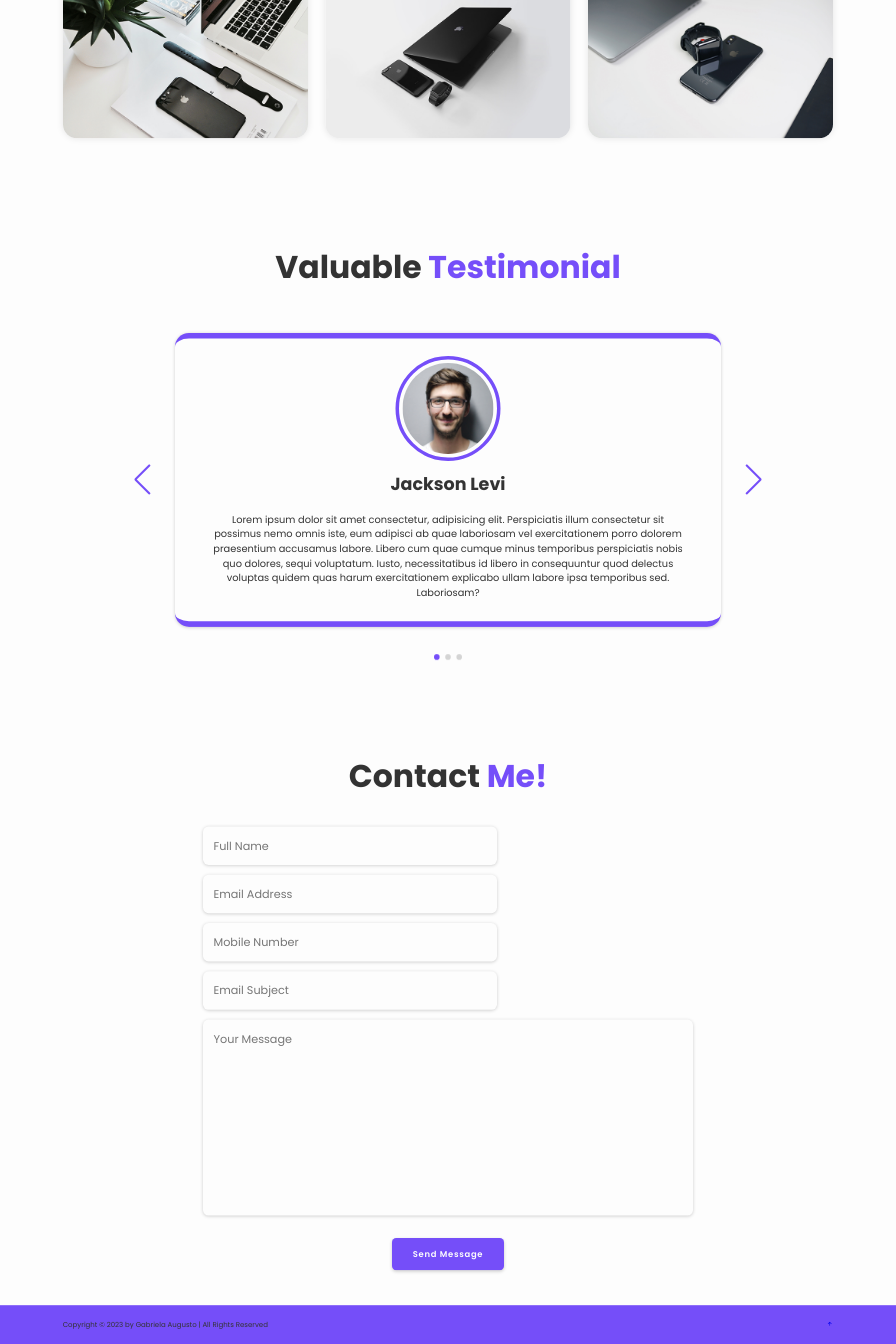
Repository: Gabi-Augusto/Portfolio
Page: index.html
These files come from the project's save history. The page is drawn as it stood at one moment and after the next save; the edit follows.
The browser window is 1280 px wide. The pictures show the part of the page from y = 2612 to 4532 px (the page is 4532 px tall before and 4394 px after), at 70% of full size.

Above is the page before, as saved 2023-11-29 21:12:05.

After the next save:
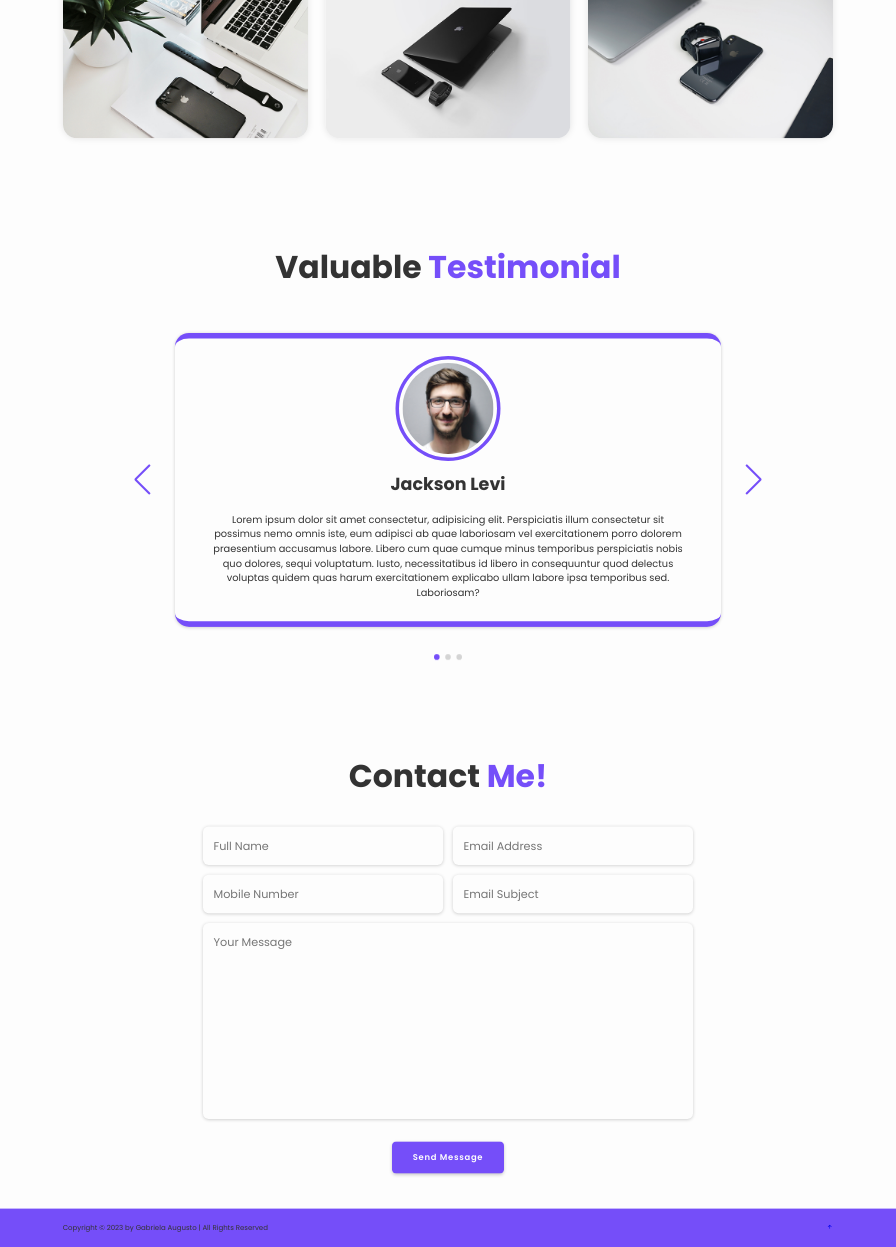
Saved 7 s later.
--- a/css/style.css
+++ b/css/style.css
@@ -519,7 +519,7 @@ span {
 }
 
 .contact form .input-box input {
-    width: 60%;
+    width: 49%;
 }
 
 .contact form textarea {
